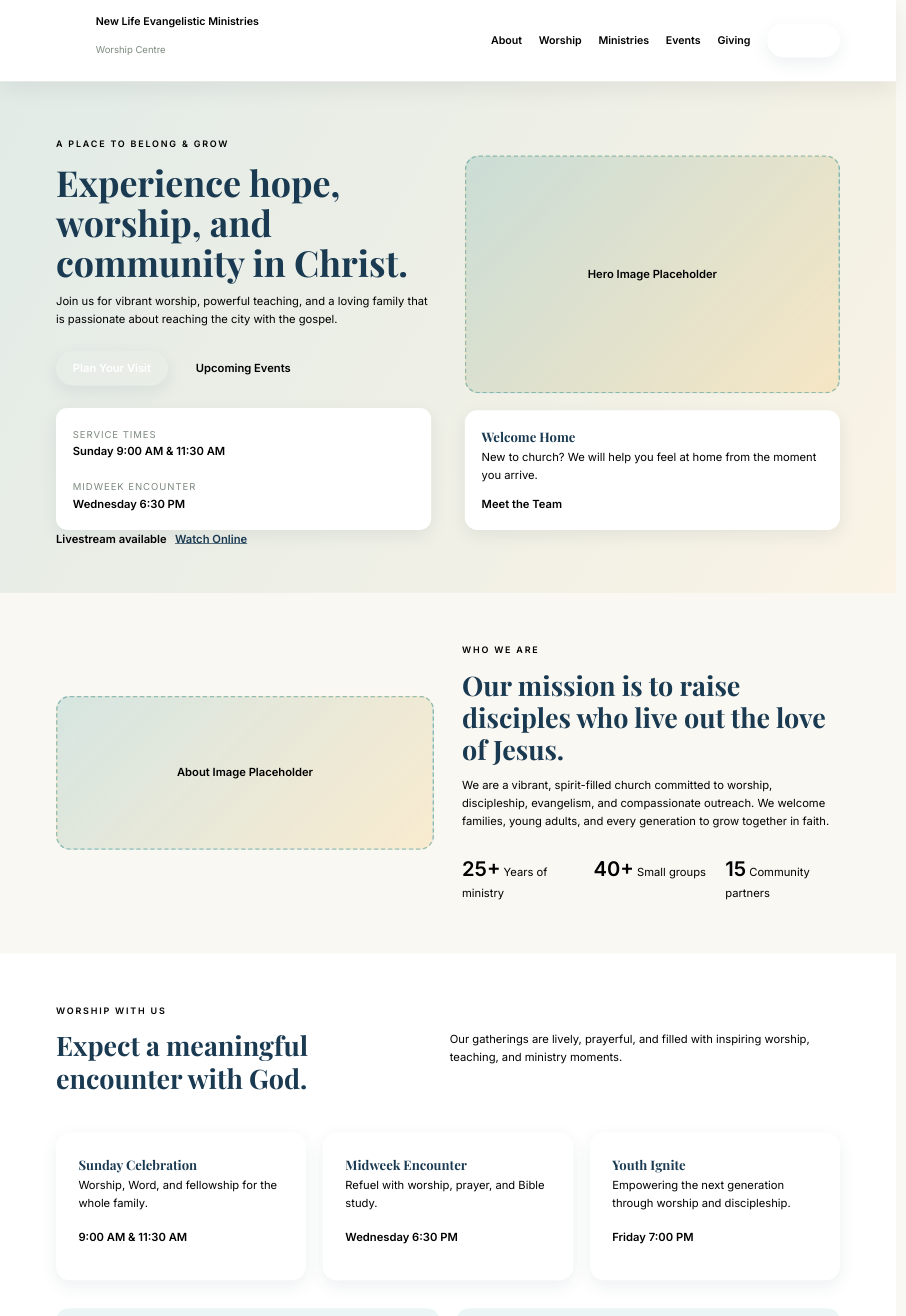
Repository: bilaal441/church
Page: index.htm
An editor plug-in stored every save of this project. The page is shown before and after the next save, followed by the edit.
The browser window is 1280 px wide. The page is 1294 px wide, so the pictures cover 1294 px, including what lies to the right of the window. The pictures show the part of the page from y = 0 to 1880 px (the page is 5437 px tall before and 5604 px after), at 70% of full size.

Above is the page before, as saved 2026-01-19 22:09:19.

### index.htm
<!doctype html>
<html lang="en">
  <head>
    <meta charset="UTF-8" />
    <meta name="viewport" content="width=device-width, initial-scale=1.0" />
    <title>New Life Evangelistic Ministries Worship Centre</title>
    <meta
      name="description"
      content="A welcoming, Spirit-filled church family in Springfield. Join us for worship, discipleship, and community outreach."
    />
    <link rel="stylesheet" href="style.css" />
    <link rel="preconnect" href="https://fonts.googleapis.com" />
    <link rel="preconnect" href="https://fonts.gstatic.com" crossorigin />
    <link
      href="https://fonts.googleapis.com/css2?family=Playfair+Display:wght@400;600;700&family=Inter:wght@400;500;600&display=swap"
      rel="stylesheet"
    />
  </head>
  <body>
    <a class="skip-link" href="#main">Skip to main content</a>
    <header class="site-header">
      <div class="container header-content">
        <div class="logo">
          <span class="logo-mark">NLE</span>
          <div>
            <p class="logo-title">New Life Evangelistic Ministries</p>
            <p class="logo-subtitle">Worship Centre</p>
          </div>
        </div>
        <button
          class="nav-toggle"
          aria-expanded="false"
          aria-controls="site-nav"
        >
          <span></span>
          <span></span>
          <span></span>
        </button>
        <nav id="site-nav" class="site-nav">
          <a href="#about">About</a>
          <a href="#worship">Worship</a>
          <a href="#ministries">Ministries</a>
          <a href="#events">Events</a>
          <a href="#giving">Giving</a>
          <a href="#contact" class="button">Visit Us</a>
        </nav>
      </div>
    </header>

    <main id="main">
      <section class="hero">
        <div class="container hero-grid">
          <div class="hero-text">
            <p class="eyebrow">A Place to Belong &amp; Grow</p>
            <h1>Experience hope, worship, and community in Christ.</h1>
            <p>
              Join us for vibrant worship, powerful teaching, and a loving
              family that is passionate about reaching the city with the gospel.
            </p>
            <div class="hero-actions">
              <a class="button" href="#worship">Plan Your Visit</a>
              <a class="button button-outline" href="#events"
                >Upcoming Events</a
              >
            </div>
            <div class="hero-details">
              <div>
                <span>Service Times</span>
                <strong>Sunday 9:00 AM &amp; 11:30 AM</strong>
              </div>
              <div>
                <span>Midweek Encounter</span>
                <strong>Wednesday 6:30 PM</strong>
              </div>
            </div>
            <div class="hero-note">
              <span>Livestream available</span>
              <a href="#contact">Watch Online</a>
            </div>
          </div>
          <div class="hero-visual">
            <div class="image-placeholder large">Hero Image Placeholder</div>
            <div class="hero-card">
              <h3>Welcome Home</h3>
              <p>
                New to church? We will help you feel at home from the moment you
                arrive.
              </p>
              <a href="#contact">Meet the Team</a>
            </div>
          </div>
        </div>
      </section>

      <section id="about" class="section">
        <div class="container split">
          <div class="image-placeholder">About Image Placeholder</div>
          <div>
            <p class="eyebrow">Who We Are</p>
            <h2>
              Our mission is to raise disciples who live out the love of Jesus.
            </h2>
            <p>
              We are a vibrant, spirit-filled church committed to worship,
              discipleship, evangelism, and compassionate outreach. We welcome
              families, young adults, and every generation to grow together in
              faith.
            </p>
            <div class="stats">
              <div>
                <strong>25+</strong>
                <span>Years of ministry</span>
              </div>
              <div>
                <strong>40+</strong>
                <span>Small groups</span>
              </div>
              <div>
                <strong>15</strong>
                <span>Community partners</span>
              </div>
            </div>
          </div>
        </div>
      </section>

      <section id="worship" class="section section-alt">
        <div class="container">
          <div class="section-header">
            <div>
              <p class="eyebrow">Worship With Us</p>
              <h2>Expect a meaningful encounter with God.</h2>
            </div>
            <p>
              Our gatherings are lively, prayerful, and filled with inspiring
              worship, teaching, and ministry moments.
            </p>
          </div>
          <div class="cards">
            <article class="card">
              <h3>Sunday Celebration</h3>
              <p>Worship, Word, and fellowship for the whole family.</p>
              <p class="card-meta">9:00 AM &amp; 11:30 AM</p>
            </article>
            <article class="card">
              <h3>Midweek Encounter</h3>
              <p>Refuel with worship, prayer, and Bible study.</p>
              <p class="card-meta">Wednesday 6:30 PM</p>
            </article>
            <article class="card">
              <h3>Youth Ignite</h3>
              <p>
                Empowering the next generation through worship and discipleship.
              </p>
              <p class="card-meta">Friday 7:00 PM</p>
            </article>
          </div>
          <div class="worship-highlight">
            <div>
              <h3>What to Expect</h3>
              <p>
                Friendly hosts, engaging worship, a clear message, and spaces
                for kids and youth to connect safely.
              </p>
            </div>
            <div>
              <h3>Parking &amp; Accessibility</h3>
              <p>
                Guest parking is available at the main entrance. Our building is
                fully accessible with ramps and elevators.
              </p>
            </div>
          </div>
        </div>
      </section>

      <section id="ministries" class="section">
        <div class="container">
          <div class="section-header">
            <div>
              <p class="eyebrow">Ministries</p>
              <h2>Every generation has a place to serve and grow.</h2>
            </div>
            <a class="button button-outline" href="#contact">Get Connected</a>
          </div>
          <div class="ministry-grid">
            <div class="ministry-card">
              <div class="image-placeholder">Kids Ministry</div>
              <h3>Kids Life</h3>
              <p>Fun, safe, and faith-building experiences for children.</p>
            </div>
            <div class="ministry-card">
              <div class="image-placeholder">Youth Ministry</div>
              <h3>NextGen</h3>
              <p>Mentoring and empowering teens to lead with conviction.</p>
            </div>
            <div class="ministry-card">
              <div class="image-placeholder">Women Ministry</div>
              <h3>Women of Grace</h3>
              <p>Gathering women to worship, serve, and build community.</p>
            </div>
            <div class="ministry-card">
              <div class="image-placeholder">Men Ministry</div>
              <h3>Men of Valor</h3>
              <p>Equipping men to live out their faith with courage.</p>
            </div>
            <div class="ministry-card">
              <div class="image-placeholder">Music Ministry</div>
              <h3>Creative Arts</h3>
              <p>
                Worship, media, and production teams creating meaningful
                moments.
              </p>
            </div>
            <div class="ministry-card">
              <div class="image-placeholder">Care Ministry</div>
              <h3>Care &amp; Outreach</h3>
              <p>
                Supporting families, counseling, and community care initiatives.
              </p>
            </div>
          </div>
        </div>
      </section>

      <section id="events" class="section section-alt">
        <div class="container">
          <div class="section-header">
            <div>
              <p class="eyebrow">Upcoming Events</p>
              <h2>There is always something happening at New Life.</h2>
            </div>
            <a class="button" href="#giving">Support the Mission</a>
          </div>
          <div class="event-list">
            <article>
              <span class="event-date">Mar 21</span>
              <div>
                <h3>Citywide Prayer Night</h3>
                <p>
                  Join churches across the city for a night of prayer and
                  worship.
                </p>
              </div>
              <a href="#contact">Learn More</a>
            </article>
            <article>
              <span class="event-date">Apr 05</span>
              <div>
                <h3>Community Outreach Day</h3>
                <p>Serve families with meals, clothing, and encouragement.</p>
              </div>
              <a href="#contact">Serve With Us</a>
            </article>
            <article>
              <span class="event-date">Apr 19</span>
              <div>
                <h3>Resurrection Celebration</h3>
                <p>
                  A joyful service with worship, testimonies, and family
                  activities.
                </p>
              </div>
              <a href="#contact">Plan Your Visit</a>
            </article>
          </div>
        </div>
      </section>

      <section id="giving" class="section">
        <div class="container giving">
          <div>
            <p class="eyebrow">Giving</p>
            <h2>Your generosity fuels life-changing ministry.</h2>
            <p>
              Every gift helps us reach more people with the gospel, support
              families in need, and raise leaders for the future.
            </p>
            <div class="giving-actions">
              <a class="button" href="#contact">Give Online</a>
              <a class="button button-outline" href="#contact">Volunteer</a>
            </div>
            <div class="giving-note">
              <strong>Need assistance?</strong>
              <span
                >We can help with giving, prayer requests, or support
                resources.</span
              >
            </div>
          </div>
          <div class="image-placeholder">Giving Image Placeholder</div>
        </div>
      </section>

      <section id="contact" class="section section-alt">
        <div class="container contact">
          <div>
            <p class="eyebrow">Visit Us</p>
            <h2>We would love to meet you this Sunday.</h2>
            <p>
              125 Hope Street, Springfield, ST 12345<br />
              (555) 123-4567 · hello@nlewc.org
            </p>
            <div class="contact-details">
              <div>
                <strong>Office Hours</strong>
                <span>Mon - Fri, 9 AM - 4 PM</span>
              </div>
              <div>
                <strong>Prayer Line</strong>
                <span>Available 24/7</span>
              </div>
              <div>
                <strong>Follow Us</strong>
                <span>Instagram · Facebook · YouTube</span>
              </div>
            </div>
          </div>
          <form class="contact-form">
            <h3>Plan a Visit</h3>
            <label>
              Full Name
              <input type="text" placeholder="Your name" />
            </label>
            <label>
              Email Address
              <input type="email" placeholder="you@example.com" />
            </label>
            <label>
              Message
              <textarea
                rows="4"
                placeholder="Tell us how we can help."
              ></textarea>
            </label>
            <button type="submit" class="button">Send Message</button>
          </form>
        </div>
      </section>
    </main>

    <footer class="site-footer">
      <div class="container footer-grid">
        <div>
          <div class="logo">
            <span class="logo-mark">NLE</span>
            <div>
              <p class="logo-title">New Life Evangelistic Ministries</p>
              <p class="logo-subtitle">Worship Centre</p>
            </div>
          </div>
          <p>
            Building lives, families, and communities through the love of Jesus.
          </p>
        </div>
        <div>
          <h4>Connect</h4>
          <ul>
            <li><a href="#about">About</a></li>
            <li><a href="#worship">Worship</a></li>
            <li><a href="#ministries">Ministries</a></li>
            <li><a href="#events">Events</a></li>
          </ul>
        </div>
        <div>
          <h4>Visit</h4>
          <ul>
            <li>125 Hope Street</li>
            <li>Springfield, ST 12345</li>
            <li>(555) 123-4567</li>
            <li>hello@nlewc.org</li>
          </ul>
        </div>
        <div>
          <h4>Stay Updated</h4>
          <p>Subscribe for prayer points and community updates.</p>
          <div class="subscribe">
            <input type="email" placeholder="Email address" />
            <button class="button">Subscribe</button>
          </div>
        </div>
      </div>
      <div class="footer-bottom">
        <p>
          © 2024 New Life Evangelistic Ministries Worship Centre. All rights
          reserved.
        </p>
      </div>
    </footer>

    <script src="script.js"></script>
  </body>
</html>

### style.css
:root {
  --navy: #1a3a52;
  --gold: #d4a574;
  --burgundy: #8b4513;
  --cream: #faf8f3;
  --sage: #6b8e7f;
  --muted: #7d8a7f;
  --white: #ffffff;
  --light-gold: #f5e6d3;
  --shadow: 0 8px 24px rgba(26, 58, 82, 0.08);
  --shadow-lg: 0 12px 32px rgba(26, 58, 82, 0.12);
}

* {
  box-sizing: border-box;
  margin: 0;
  padding: 0;
}

body {
  font-family: "Inter", sans-serif;
  background-color: var(--cream);
  color: var(--slate);
  line-height: 1.6;
}

img {
  max-width: 100%;
  display: block;
}

a {
  color: inherit;
  text-decoration: none;
}

.skip-link {
  position: absolute;
  left: -999px;
  top: 16px;
  background: var(--navy);
  color: var(--white);
  padding: 0.6rem 1.2rem;
  border-radius: 999px;
  z-index: 50;
}

.skip-link:focus {
  left: 16px;
}

.container {
  width: min(1120px, 90%);
  margin: 0 auto;
}

.eyebrow {
  text-transform: uppercase;
  letter-spacing: 0.2em;
  font-size: 0.8rem;
  color: var(--teal);
  font-weight: 600;
  margin-bottom: 1rem;
}

h1,
h2,
h3,
h4 {
  font-family: "Playfair Display", serif;
  color: var(--navy);
}

h1 {
  font-size: clamp(2.5rem, 4vw, 3.5rem);
  line-height: 1.1;
  margin-bottom: 1rem;
}

h2 {
  font-size: clamp(2rem, 3vw, 2.8rem);
  line-height: 1.2;
  margin-bottom: 1rem;
}

p {
  margin-bottom: 1rem;
  color: var(--slate);
}

.button {
  display: inline-flex;
  align-items: center;
  justify-content: center;
  padding: 0.75rem 1.5rem;
  border-radius: 999px;
  background: var(--teal);
  color: var(--white);
  font-weight: 600;
  transition:
    transform 0.2s ease,
    box-shadow 0.2s ease;
  box-shadow: var(--shadow);
}

.button:hover {
  transform: translateY(-2px);
}

.button-outline {
  background: transparent;
  color: var(--teal);
  border: 1px solid var(--teal);
  box-shadow: none;
}

.site-header {
  background: var(--white);
  position: sticky;
  top: 0;
  z-index: 20;
  box-shadow: 0 12px 30px rgba(15, 23, 42, 0.06);
}

.header-content {
  display: flex;
  align-items: center;
  justify-content: space-between;
  padding: 1.2rem 0;
  gap: 2rem;
}

.logo {
  display: flex;
  align-items: center;
  gap: 0.8rem;
}

.logo-mark {
  width: 44px;
  height: 44px;
  border-radius: 12px;
  background: var(--teal);
  color: var(--white);
  font-weight: 700;
  display: grid;
  place-items: center;
}

.logo-title {
  font-weight: 700;
  font-size: 0.95rem;
}

.logo-subtitle {
  font-size: 0.85rem;
  color: var(--muted);
}

.site-nav {
  display: flex;
  align-items: center;
  gap: 1.5rem;
}

.site-nav a {
  font-weight: 600;
  font-size: 0.95rem;
}

.nav-toggle {
  display: none;
  flex-direction: column;
  gap: 6px;
  background: none;
  border: none;
  cursor: pointer;
}

.nav-toggle span {
  width: 24px;
  height: 2px;
  background: var(--navy);
}

.hero {
  padding: 5rem 0 4rem;
  background: linear-gradient(
    120deg,
    rgba(15, 123, 123, 0.1),
    rgba(244, 185, 66, 0.08)
  );
}

.hero-grid {
  display: grid;
  gap: 3rem;
  align-items: center;
}

.hero-actions {
  display: flex;
  flex-wrap: wrap;
  gap: 1rem;
  margin: 2rem 0;
}

.hero-details {
  display: grid;
  gap: 1.5rem;
  background: var(--white);
  padding: 1.5rem;
  border-radius: 16px;
  box-shadow: var(--shadow);
}

.hero-details span {
  font-size: 0.85rem;
  color: var(--muted);
  text-transform: uppercase;
  letter-spacing: 0.1em;
}

.hero-details strong {
  display: block;
  font-size: 1rem;
}

.hero-note {
  display: flex;
  align-items: center;
  gap: 0.75rem;
  font-weight: 600;
  color: var(--teal);
}

.hero-note a {
  color: var(--navy);
  text-decoration: underline;
}

.hero-visual {
  display: grid;
  gap: 1.5rem;
  position: relative;
}

.hero-card {
  background: var(--white);
  padding: 1.5rem;
  border-radius: 18px;
  box-shadow: var(--shadow);
}

.hero-card a {
  color: var(--teal);
  font-weight: 600;
}

.section {
  padding: 4.5rem 0;
}

.section-alt {
  background: var(--white);
}

.section-header {
  display: flex;
  align-items: center;
  justify-content: space-between;
  gap: 2rem;
  margin-bottom: 2.5rem;
}

.split {
  display: grid;
  gap: 2.5rem;
  align-items: center;
}

.stats {
  display: grid;
  grid-template-columns: repeat(auto-fit, minmax(140px, 1fr));
  gap: 1.5rem;
  margin-top: 2rem;
}

.stats strong {
  font-size: 1.8rem;
  color: var(--teal);
}

.cards {
  display: grid;
  grid-template-columns: repeat(auto-fit, minmax(240px, 1fr));
  gap: 1.5rem;
}

.card {
  background: var(--white);
  padding: 2rem;
  border-radius: 20px;
  box-shadow: var(--shadow);
}

.card-meta {
  color: var(--teal);
  font-weight: 600;
  margin-top: 1.5rem;
}

.worship-highlight {
  margin-top: 2.5rem;
  display: grid;
  grid-template-columns: repeat(auto-fit, minmax(240px, 1fr));
  gap: 1.5rem;
}

.worship-highlight div {
  background: rgba(15, 123, 123, 0.08);
  padding: 1.5rem;
  border-radius: 18px;
}

.ministry-grid {
  display: grid;
  grid-template-columns: repeat(auto-fit, minmax(220px, 1fr));
  gap: 1.5rem;
}

.ministry-card {
  background: var(--white);
  padding: 1.5rem;
  border-radius: 20px;
  box-shadow: var(--shadow);
  display: grid;
  gap: 1rem;
}

.event-list {
  display: grid;
  gap: 1.5rem;
}

.event-list article {
  display: grid;
  grid-template-columns: auto 1fr auto;
  gap: 1.5rem;
  background: var(--white);
  padding: 1.5rem 2rem;
  border-radius: 18px;
  align-items: center;
  box-shadow: var(--shadow);
}

.event-date {
  background: var(--teal);
  color: var(--white);
  padding: 0.7rem 1rem;
  border-radius: 12px;
  font-weight: 700;
}

.giving {
  display: grid;
  gap: 2.5rem;
  align-items: center;
}

.giving-actions {
  display: flex;
  gap: 1rem;
  flex-wrap: wrap;
}

.giving-note {
  margin-top: 1.5rem;
  background: rgba(15, 123, 123, 0.08);
  padding: 1rem 1.25rem;
  border-radius: 16px;
  display: grid;
  gap: 0.3rem;
}

.giving-note strong {
  color: var(--navy);
}

.contact {
  display: grid;
  gap: 2.5rem;
  align-items: start;
}

.contact-form {
  background: var(--white);
  padding: 2rem;
  border-radius: 20px;
  box-shadow: var(--shadow);
  display: grid;
  gap: 1rem;
}

.contact-form label {
  display: grid;
  gap: 0.5rem;
  font-weight: 600;
}

input,
textarea {
  padding: 0.7rem 1rem;
  border-radius: 12px;
  border: 1px solid #e5e7eb;
  font-family: inherit;
}

.site-footer {
  background: var(--navy);
  color: var(--white);
  padding: 4rem 0 1.5rem;
}

.site-footer h4 {
  color: var(--white);
  margin-bottom: 1rem;
}

.site-footer p,
.site-footer a,
.site-footer li {
  color: rgba(255, 255, 255, 0.8);
}

.footer-grid {
  display: grid;
  grid-template-columns: repeat(auto-fit, minmax(200px, 1fr));
  gap: 2rem;
}

.footer-grid ul {
  list-style: none;
  display: grid;
  gap: 0.6rem;
}

.subscribe {
  display: flex;
  gap: 0.5rem;
  margin-top: 1rem;
}

.footer-bottom {
  margin-top: 2rem;
  border-top: 1px solid rgba(255, 255, 255, 0.2);
  text-align: center;
  padding-top: 1.5rem;
  font-size: 0.85rem;
}

.image-placeholder {
  background: linear-gradient(
    135deg,
    rgba(15, 123, 123, 0.15),
    rgba(244, 185, 66, 0.2)
  );
  border: 2px dashed rgba(15, 123, 123, 0.4);
  border-radius: 20px;
  min-height: 220px;
  display: grid;
  place-items: center;
  text-align: center;
  padding: 1.5rem;
  color: var(--teal);
  font-weight: 600;
}

.image-placeholder.large {
  min-height: 340px;
}

@media (min-width: 900px) {
  .hero-grid {
    grid-template-columns: repeat(2, 1fr);
  }

  .split,
  .giving,
  .contact {
    grid-template-columns: repeat(2, 1fr);
  }
}

@media (max-width: 900px) {
  .section-header {
    flex-direction: column;
    align-items: flex-start;
  }

  .event-list article {
    grid-template-columns: 1fr;
  }
}

@media (max-width: 768px) {
  .site-nav {
    position: absolute;
    top: 100%;
    right: 0;
    background: var(--white);
    flex-direction: column;
    padding: 1.5rem;
    gap: 1rem;
    width: min(90vw, 280px);
    transform: translateY(-10px);
    opacity: 0;
    pointer-events: none;
    box-shadow: var(--shadow);
    border-radius: 16px;
  }

  .site-nav.open {
    opacity: 1;
    transform: translateY(0);
    pointer-events: auto;
  }

  .nav-toggle {
    display: flex;
  }

  .header-content {
    position: relative;
  }
}

@media (max-width: 600px) {
  .hero-details {
    padding: 1rem;
  }

  .hero-note {
    flex-direction: column;
    align-items: flex-start;
  }

  .subscribe {
    flex-direction: column;
    align-items: stretch;
  }
}

### script.js
const navToggle = document.querySelector(".nav-toggle");
const siteNav = document.querySelector(".site-nav");

if (navToggle && siteNav) {
  navToggle.addEventListener("click", () => {
    const isOpen = siteNav.classList.toggle("open");
    navToggle.setAttribute("aria-expanded", String(isOpen));
  });

  siteNav.querySelectorAll("a").forEach((link) => {
    link.addEventListener("click", () => {
      if (siteNav.classList.contains("open")) {
        siteNav.classList.remove("open");
        navToggle.setAttribute("aria-expanded", "false");
      }
    });
  });
}

After the next save:
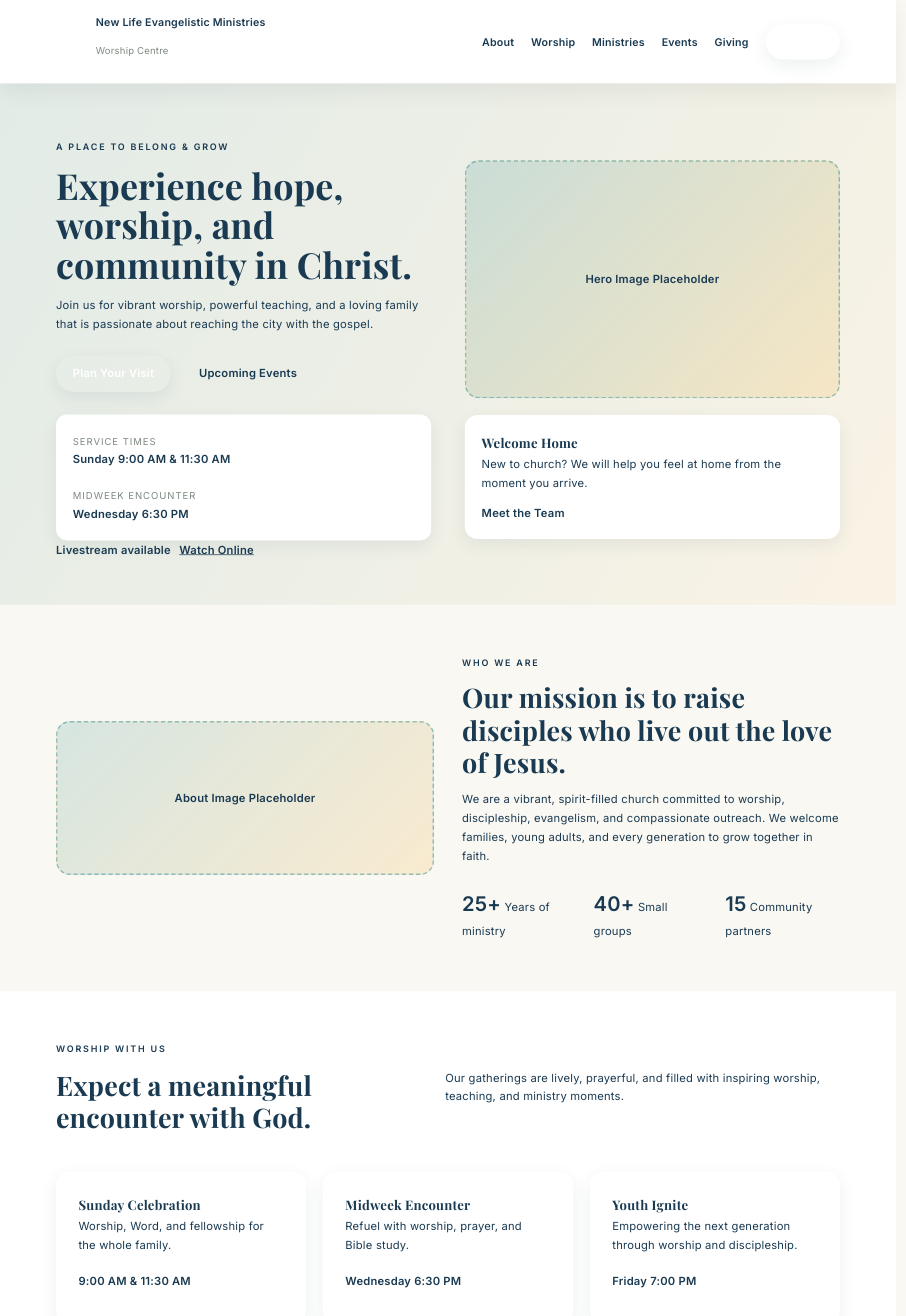
Saved 4 s later.
--- a/style.css
+++ b/style.css
@@ -20,8 +20,9 @@
 body {
   font-family: "Inter", sans-serif;
   background-color: var(--cream);
-  color: var(--slate);
-  line-height: 1.6;
+  color: var(--navy);
+  line-height: 1.7;
+  letter-spacing: 0.3px;
 }
 
 img {
